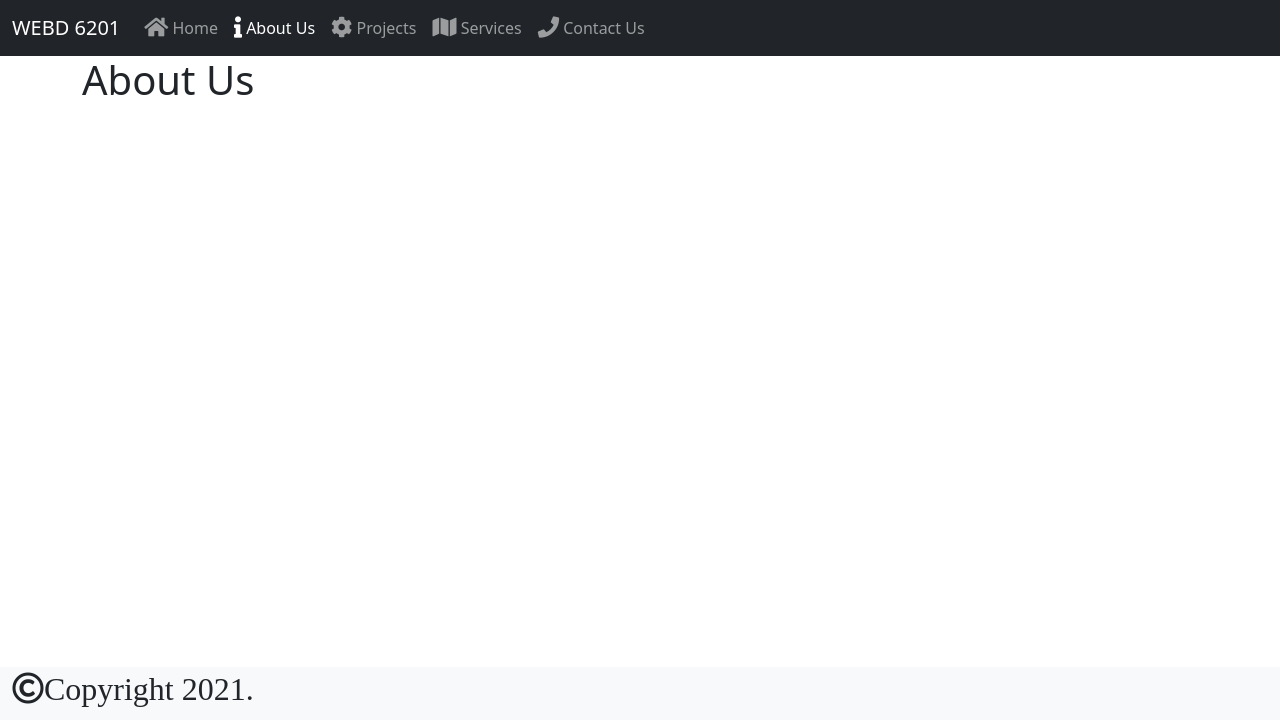
Repository: vans12345678/WEBD6201-W2021-Week3
Page: about.html
An editor plug-in stored every save of this project. The page is shown before and after a run of saves, followed by the edit.
The browser window is 1280 px wide. The pictures show the whole page.

Above is the page before, as saved 2021-01-28 18:55:32.

### about.html
<!DOCTYPE html>
<html lang="en">
<head>
    <meta charset="UTF-8">
    <meta name="viewport" content="width=device-width, initial-scale=1.0">
    <title>About Us</title>

    <!-- CSS Section -->
    <link rel="stylesheet" href="./node_modules/bootstrap/dist/css/bootstrap.min.css">
    <link rel="stylesheet" href="./node_modules/@fortawesome/fontawesome-free/css/all.min.css">
    <link rel="stylesheet" href="./Content/app.css">
</head>
<body>
  <!-- Main Header -->
    <header>
      <!-- Main Navigation -->
        <nav class="navbar navbar-expand-lg navbar-dark bg-dark">
            <div class="container-fluid">
              <a class="navbar-brand" href="index.html">WEBD 6201</a>
              <button class="navbar-toggler" type="button" data-bs-toggle="collapse" data-bs-target="#navbarSupportedContent" aria-controls="navbarSupportedContent" aria-expanded="false" aria-label="Toggle navigation">
                <span class="navbar-toggler-icon"></span>
              </button>
              <div class="collapse navbar-collapse" id="navbarSupportedContent">
                <ul class="navbar-nav me-auto mb-2 mb-lg-0">
                  <li class="nav-item">
                    <a class="nav-link" aria-current="page" href="index.html"><i class="fas fa-home fa-lg"></i> Home</a>
                  </li>

                  <li class="nav-item">
                    <a class="nav-link active" aria-current="page" href="about.html"><i class="fas fa-info fa-lg"></i> About Us</a>
                  </li>

                  <li class="nav-item">
                    <a class="nav-link" aria-current="page" href="projects.html"><i class="fas fa-cog fa-lg"></i> Projects</a>
                  </li>

                  <li class="nav-item">
                    <a class="nav-link" aria-current="page" href="services.html"><i class="fas fa-map fa-lg"></i> Services</a>
                  </li>

                  <li class="nav-item">
                    <a class="nav-link" aria-current="page" href="contact.html"><i class="fas fa-phone fa-lg"></i> Contact Us</a>
                  </li>
                </ul>
              </div>
            </div>
          </nav>
    </header>
  <!-- Main Contents -->
    <main class="container">
        <h1>About Us</h1>
    </main>
    <!-- Main Footer -->
    <footer>
        <nav class="navbar fixed-bottom navbar-light bg-light">
            <div class="container-fluid">
                <h4><i class="far fa-copyright fa-lg">Copyright 2021.</i></h4>
            </div>
          </nav>
    </footer>
    <!-- Script Section -->
    <script src="./node_modules/jquery/dist/jquery.min.js"></script>
    <script src="./node_modules/bootstrap/dist/js/bootstrap.bundle.min.js"></script>
    <script src="./Scripts/app.js"></script>
</body>
</html>

### Scripts/app.js
/* Custom JavaScript goes here */

//IIFE - Immediately Invoked Function Expression
//AKA - Anonymous Self-Executing Function
//Closure - limits scope leak

"use strict";


(function(){

    function displayHome()
    {

        let paragraphOneText = "This is a simple site to demonstrate DOM Manipulation for ICE 1";
        let paragraphOneElement = document.getElementById("paragraphOne");

        paragraphOneElement.textContent = paragraphOneText;
        //paragraphOneElement.style = "color: blue; font-weight: bold;";
        paragraphOneElement.className = "fs-5 fw-bold text-center";

        //Step 1. document.createElement
        let newParagraph = document.createElement("p");
        //Step 2. Configure the element
        newParagraph.setAttribute("id", "paragraphTwo");
        newParagraph.textContent = "... And this is paragraph two";
        //Step 3. Select parent element
        let mainContent = document.getElementsByTagName("main")[0];
        //Step 4. Add / Insert the element
        mainContent.appendChild(newParagraph);

        newParagraph.className = "fs-6";

        //Another way of injecting content`
        let paragraphDiv = document.createElement('div');
        let paragraphThree =  `<p id = "paragraphThree" class = "fs-7 fw-bold">...And this is the Third paragraph</p>`;
        paragraphDiv.innerHTML = paragraphThree;
        // mainContent.innerHTML = paragraphThree;
        // console.log(paragraphOneElement);

        //insertion before node
        //newParagraph.before(paragraphDiv);

        //insertion after node
        newParagraph.after(paragraphDiv);

        //deletions
        //example of removing a single element
        //paragraphOneElement.remove();

        //example of removeChild
        //mainContent.removeChild(paragraphOneElement);

        //update / modification
        //mainContent.firstElementChild.textContent = "Welcome home";

        mainContent.innerHTML =
        `<h1 id = "firstHeading">Welcome to WEBD6201 - Lab 1</h1>
        <p id = "paragraphOne" class = "fs-3 fw-bold">This is my first paragraph</p>
        `;

    }
    function displayAbout()
    {

    }
    function displayProjects()
    {

    }
    function displayServices()
    {

    }
    function displayContact()
    {

        let messageArea = document.getElementById("messageArea");
        messageArea.hidden = true;

        //form validation
        let fullName = document.getElementById("fullName");
        fullName.addEventListener("blur", function()
        {
            if(fullName.value.length < 2)
            {
                fullName.focus();
                fullName.select();
                messageArea.hidden = false;
                messageArea.className = "alert alert-danger";
                messageArea.textContent = "Please enter an appropriate name > 2 characters";
            }
            else
            {
                messageArea.removeAttribute("class");
                messageArea.hidden = true;
            }
        });
            let sendButton = document.getElementById("sendButton");
            sendButton.addEventListener("click", function(event)
            {
                //event.preventDefault();
                // //Displays twice?

                let contact = new Contact(fullName.value,contactNumber.value, emailAddress.value);

                //console.log(contact.serialize());
                if(contact.serialize())
                {
                    localStorage.setItem((localStorage.length + 1).toString(),contact.serialize());
                }
            });
    }
    function displayContactList()
    {
        if(localStorage.length > 0)
        {
            let contactList = document.getElementById("contactList");
            let data = "";

            for (let index = 0; index < localStorage.length; index++)
            {
                let contactData = localStorage.getItem((index + 1).toString());
                let contact = new Contact();

                contact.deserialize(contactData);

                data += `<tr>
                <th scope="row">${index + 1}</th>
                <td>${contact.FullName}</td>
                <td>${contact.ContactNumber}</td>
                <td>${contact.EmailAddress}</td>
              </tr>`;
            }
            contactList.innerHTML = data;
        }

    }

    function Start()
    {
        console.log("App Started...");

        switch(document.title)
        {
            case "Home":
                displayHome();
                break;
            case "About":
                displayAbout();
                break;
            case "Projects":
                displayProjects();
                break;
            case "Services":
                displayServices();
                break;
            case "Contact Us":
                displayContact();
                break;
            case "Contact-List":
                displayContactList();
                break;
        }


    }

    window.addEventListener("load", Start);

})();

Loaded but not shown: node_modules/bootstrap/dist/css/bootstrap.min.css (library); node_modules/@fortawesome/fontawesome-free/css/all.min.css (library); Content/app.css (common file); node_modules/jquery/dist/jquery.min.js (library); node_modules/bootstrap/dist/js/bootstrap.bundle.min.js (library)

After the next 2 saves:
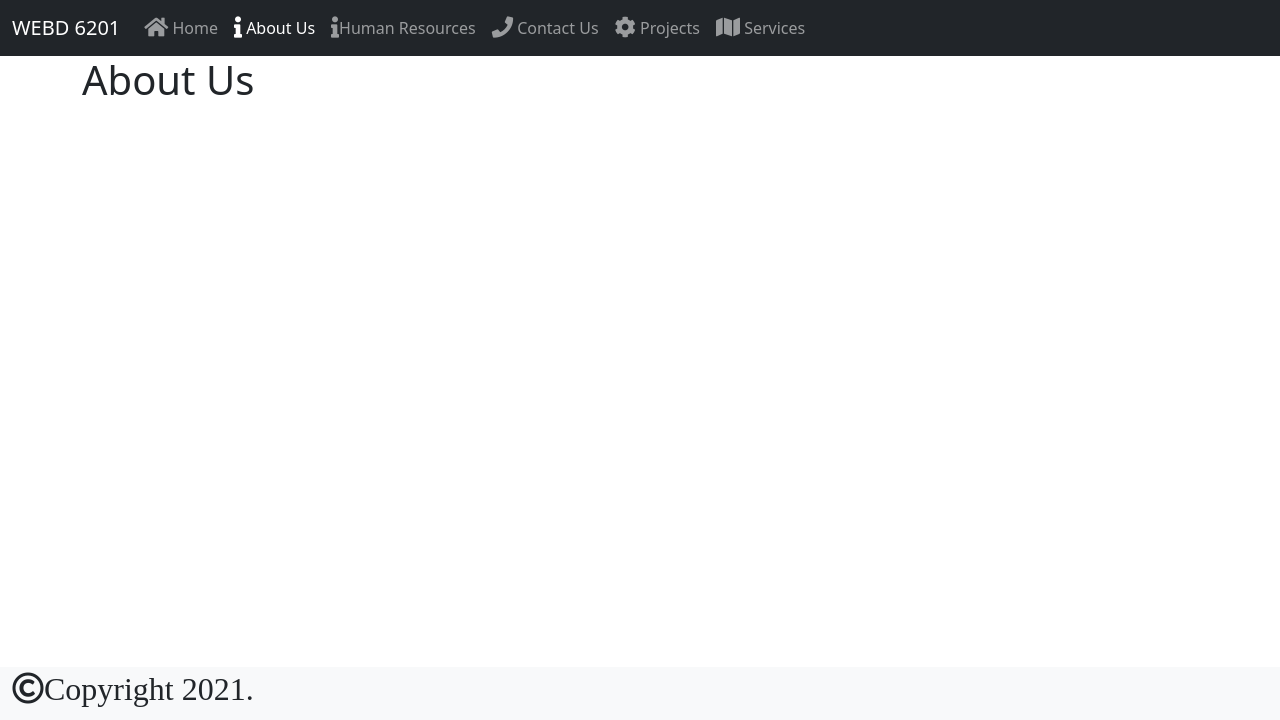
The 2 saves are shown as one change because they came seconds apart.
The last was saved 92 s later.
--- a/about.html
+++ b/about.html
@@ -25,21 +25,20 @@
                   <li class="nav-item">
                     <a class="nav-link" aria-current="page" href="index.html"><i class="fas fa-home fa-lg"></i> Home</a>
                   </li>
-
                   <li class="nav-item">
                     <a class="nav-link active" aria-current="page" href="about.html"><i class="fas fa-info fa-lg"></i> About Us</a>
                   </li>
-
+                  <li class="nav-item">
+                    <a class="nav-link" aria-current="page" href="human-resources.html"><i class="fas fa-info fa-lg"></i>Human Resources</a>
+                  </li>
+                  <li class="nav-item">
+                    <a class="nav-link" aria-current="page" href="contact.html"><i class="fas fa-phone fa-lg"></i> Contact Us</a>
+                  </li>
                   <li class="nav-item">
                     <a class="nav-link" aria-current="page" href="projects.html"><i class="fas fa-cog fa-lg"></i> Projects</a>
                   </li>
-
                   <li class="nav-item">
                     <a class="nav-link" aria-current="page" href="services.html"><i class="fas fa-map fa-lg"></i> Services</a>
-                  </li>
-
-                  <li class="nav-item">
-                    <a class="nav-link" aria-current="page" href="contact.html"><i class="fas fa-phone fa-lg"></i> Contact Us</a>
                   </li>
                 </ul>
               </div>
